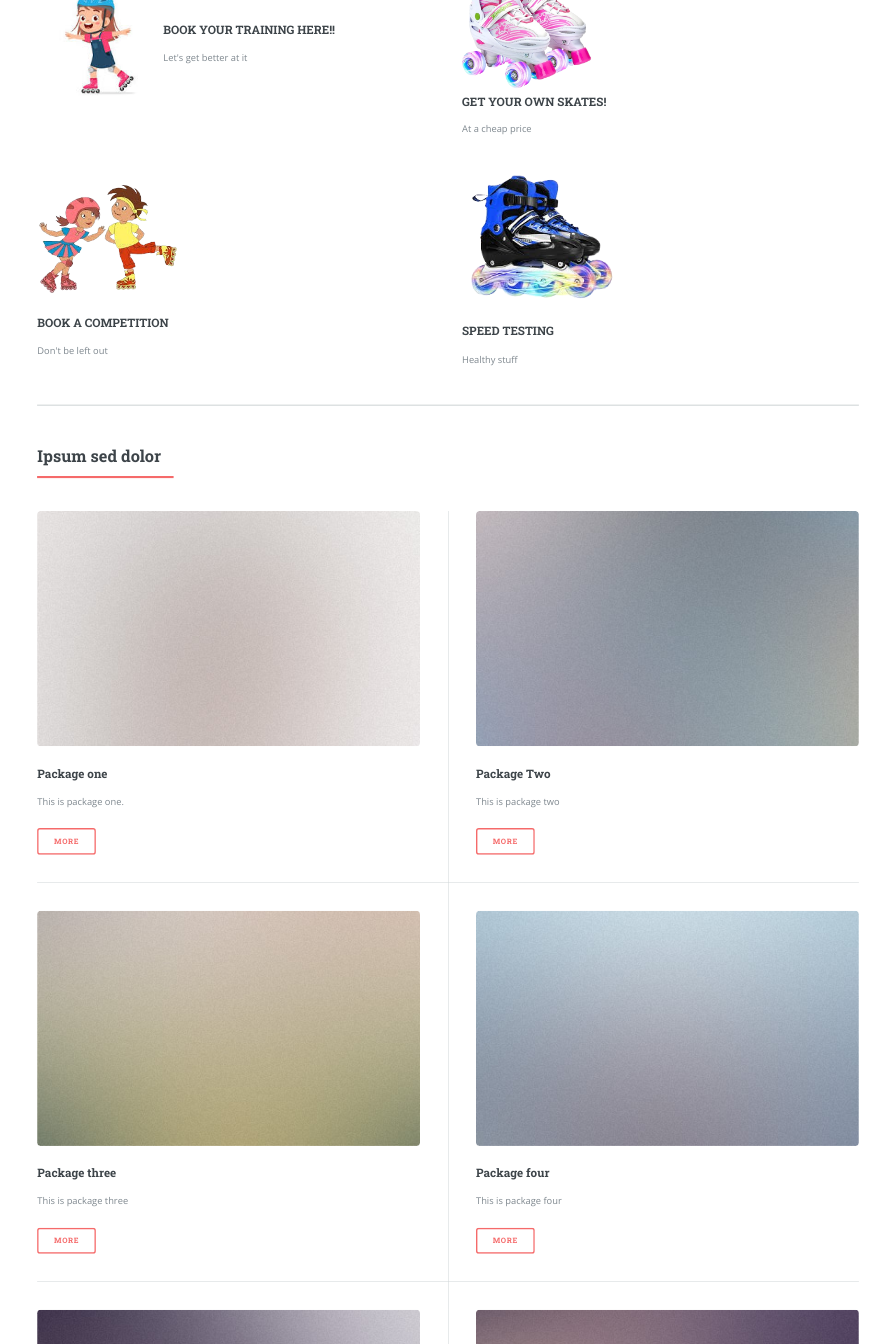
Repository: rachel648/New_Elite
Page: index.html
An editor plug-in stored every save of this project. The page is shown before and after the next save, followed by the edit.
The browser window is 1280 px wide. The pictures show the part of the page from y = 1030 to 2950 px (the page is 3447 px tall before and 3423 px after), at 70% of full size.

Above is the page before, as saved 2024-10-14 14:20:46.

After the next save:
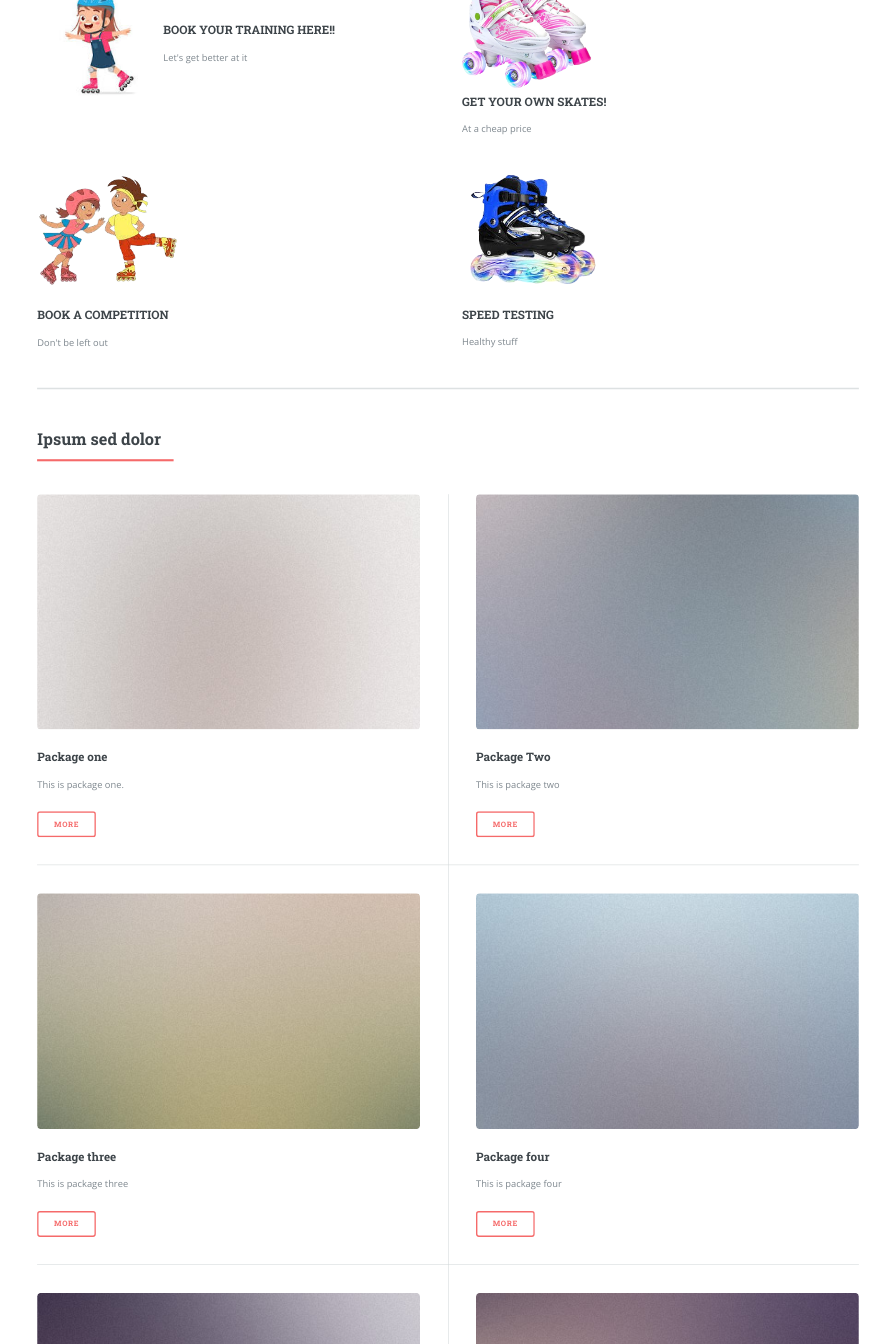
Saved 41 s later.
--- a/index.html
+++ b/index.html
@@ -76,7 +76,7 @@
 										</article>
 										<article>
 											<span class="image object">
-												<img src="images/blueskates-removebg-preview.png" alt="" />
+												<img src="images/blueskates-removebg-preview.png" alt="" style="width: 200px; height: auto;"/>
 											<div class="content">
 												<h3>SPEED TESTING</h3>
 												<p>Healthy stuff</p>
